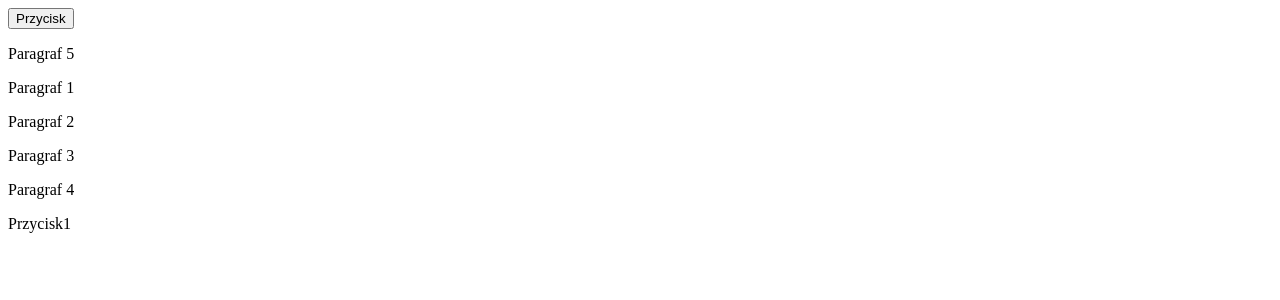
Repository: magdaf41/jQuery
Page: zadanie 2/index.html
The author's editor kept a copy of each file at every save. The page is drawn from the files as they stood at one save, then again after the next save.
The browser window is 1280 px wide. The pictures show the whole page.
After loading, the first visible `#button` was clicked once.
Some web libraries are served in a nearby version.

Above is the page before, as saved 2020-09-10 21:53:52.

### zadanie 2/index.html
<!DOCTYPE html>
<html lang="en">

<head>
    <meta charset="UTF-8">
    <meta name="viewport" content="width=device-width, initial-scale=1.0">
    <title>Animation</title>
    <link rel="stylesheet" href="css/style.css">
</head>

<body>

<div>
    <button id="button">Przycisk</button>
</div>

    <p class="first">Paragraf 1</p>
    <p class="second">Paragraf 2</p>
    <p class="third">Paragraf 3</p>
    <p class="fourth">Paragraf 4</p>
    <p class="fifth">Paragraf 5</p>



    <script src="https://cdnjs.cloudflare.com/ajax/libs/jquery/3.2.1/jquery.min.js"></script>
    <script src="https://code.jquery.com/ui/1.12.1/jquery-ui.min.js"
        integrity="sha256-VazP97ZCwtekAsvgPBSUwPFKdrwD3unUfSGVYrahUqU=" crossorigin="anonymous"></script>
    <script src="js/main.js"></script>
</body>

</html>

### zadanie 2/js/main.js
$(document).ready(function () {

$('#button').click(function() {
  $('.fifth').insertBefore('.first');

  let button1 = document.createElement("button1");  // Create with DOM
  button1.innerHTML = "Przycisk1";
  $("body").append(button1);
})
});

Loaded but not shown: zadanie 2/css/style.css (no stored copy; drawn as an empty file)

After the next save:
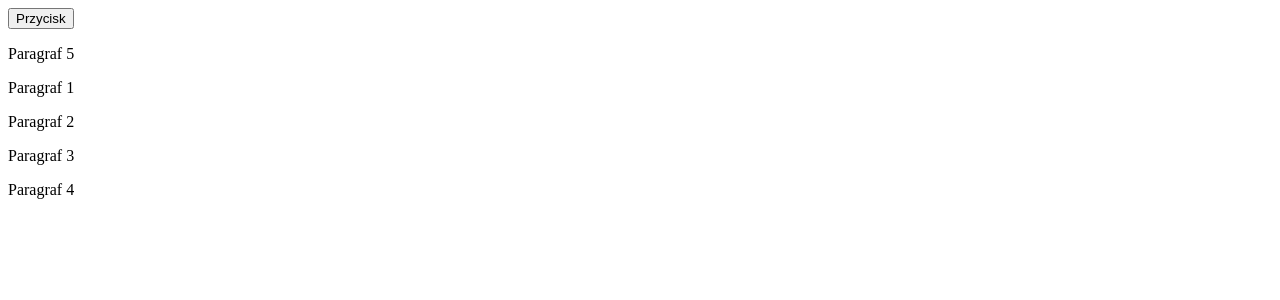
Console error: TypeError: $(...).propend is not a function
Saved 2 min 52 s later.
--- a/zadanie 2/js/main.js
+++ b/zadanie 2/js/main.js
@@ -5,6 +5,6 @@ $('#button').click(function() {
 
   let button1 = document.createElement("button1");  // Create with DOM
   button1.innerHTML = "Przycisk1";
-  $("body").append(button1);
+  $("div").propend(button1);
 })
 });

After the 2 saves that followed:
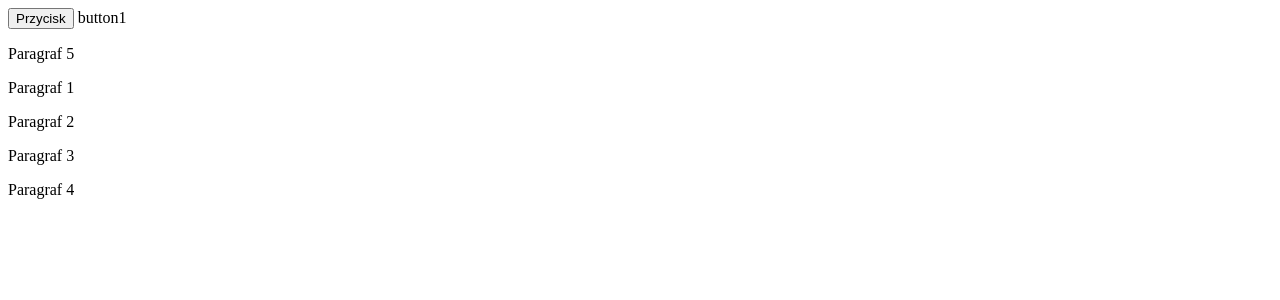
The error is gone.
The 2 saves are shown as one change because 1 left the picture as it was.
The last was saved 52 s later.
--- a/zadanie 2/js/main.js
+++ b/zadanie 2/js/main.js
@@ -5,6 +5,6 @@ $('#button').click(function() {
 
   let button1 = document.createElement("button1");  // Create with DOM
   button1.innerHTML = "Przycisk1";
-  $("div").propend(button1);
+  $('div').append('button1');
 })
 });
